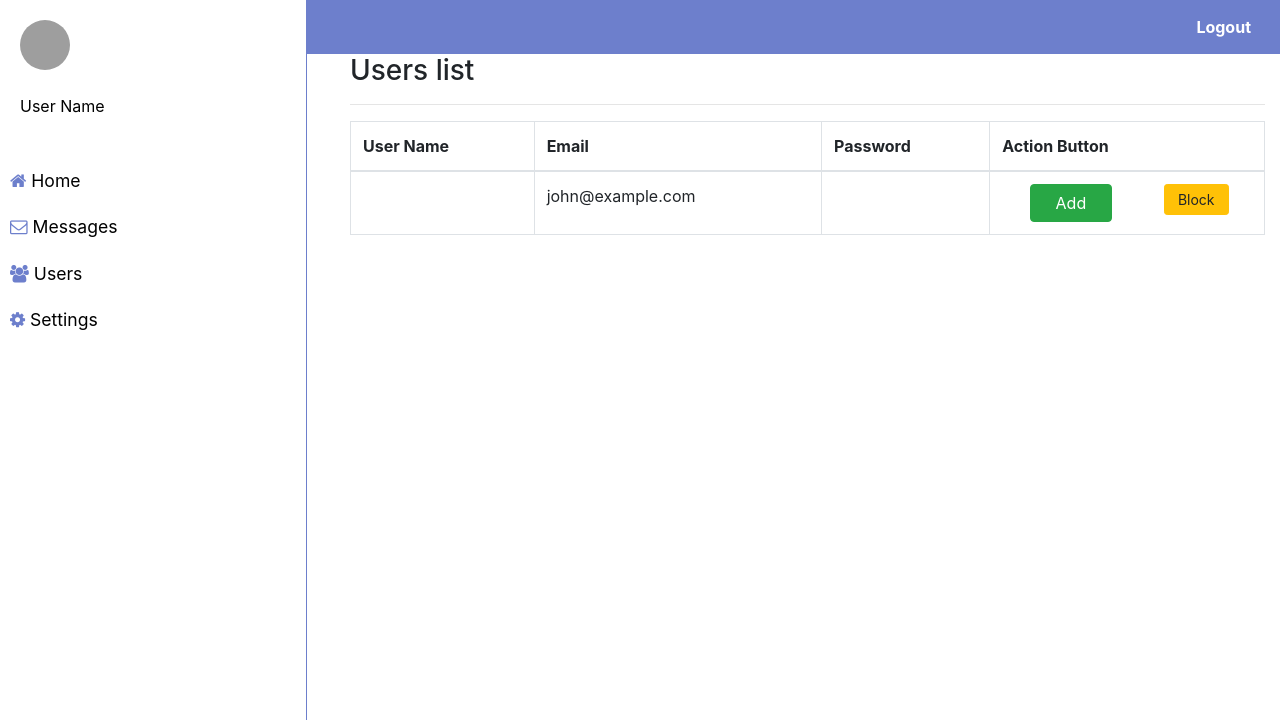
Repository: Evelyn-kate/chatapp-frontend-backend
Page: /users (app in my-app/)
The author's editor kept a copy of each file at every save. The page is drawn from the files as they stood at one save, then again after the next save.
The browser window is 1280 px wide. The pictures show the whole page.
Pictures or frames that could not be fetched are drawn as grey boxes. Some web libraries are served in a nearby version. The project was rebuilt for these pictures with package versions that can differ from the ones it lists, and the page was loaded fresh each time. Also part of the build but not shown: my-app/src/components/WelcomeComponent.jsx, my-app/src/components/LoginComponent.jsx, my-app/src/components/WelcomedComponent.jsx, my-app/src/components/SettingsComponent.jsx, my-app/src/components/MessageComponent.jsx, my-app/src/components/AddComponent.jsx.

Above is the page before, as saved 2020-11-13 15:05:12.

### my-app/public/index.html
<!DOCTYPE html>
<html lang="en">

<head>
    <meta charset="utf-8" />
    <link rel="icon" href="%PUBLIC_URL%/favicon.ico" />
    <link rel="stylesheet" href="https://stackpath.bootstrapcdn.com/bootstrap/4.4.1/css/bootstrap.min.css" integrity="sha384-Vkoo8x4CGsO3+Hhxv8T/Q5PaXtkKtu6ug5TOeNV6gBiFeWPGFN9MuhOf23Q9Ifjh" crossOrigin="anonymous">
    <meta name="viewport" content="width=device-width, initial-scale=1" />
    <meta name="theme-color" content="#000000" />
    <meta name="description" content="Web site created using create-react-app" />
    <link rel="apple-touch-icon" href="%PUBLIC_URL%/logo192.png" />
    <link rel="stylesheet" href="https://cdnjs.cloudflare.com/ajax/libs/font-awesome/4.7.0/css/font-awesome.min.css" />

    <!--
      manifest.json provides metadata used when your web app is installed on a
      user's mobile device or desktop. See https://developers.google.com/web/fundamentals/web-app-manifest/
    -->
    <link rel="manifest" href="%PUBLIC_URL%/manifest.json" />
    <!--
      Notice the use of %PUBLIC_URL% in the tags above.
      It will be replaced with the URL of the `public` folder during the build.
      Only files inside the `public` folder can be referenced from the HTML.

      Unlike "/favicon.ico" or "favicon.ico", "%PUBLIC_URL%/favicon.ico" will
      work correctly both with client-side routing and a non-root public URL.
      Learn how to configure a non-root public URL by running `npm run build`.
    -->
    <title>React App</title>
</head>

<body>
    <noscript>You need to enable JavaScript to run this app.</noscript>

    <script src="https://code.jquery.com/jquery-3.4.1.slim.min.js" integrity="sha384-J6qa4849blE2+poT4WnyKhv5vZF5SrPo0iEjwBvKU7imGFAV0wwj1yYfoRSJoZ+n" crossOrigin="anonymous"></script>
    <script src="https://cdn.jsdelivr.net/npm/popper.js@1.16.0/dist/umd/popper.min.js" integrity="sha384-Q6E9RHvbIyZFJoft+2mJbHaEWldlvI9IOYy5n3zV9zzTtmI3UksdQRVvoxMfooAo" crossOrigin="anonymous"></script>
    <script src="https://stackpath.bootstrapcdn.com/bootstrap/4.4.1/js/bootstrap.min.js" integrity="sha384-wfSDF2E50Y2D1uUdj0O3uMBJnjuUD4Ih7YwaYd1iqfktj0Uod8GCExl3Og8ifwB6" crossOrigin="anonymous"></script>
    <!-- <script src="https://facebook.github.io/react/js/jsfiddle-integration-babel.js"></script> -->
    <script src="https://ajax.googleapis.com/ajax/libs/jquery/1.11.1/jquery.min.js"></script>
    <script src="https://unpkg.com/axios/dist/axios.min.js"></script>

    <div id="root"></div>
    <!--
      This HTML file is a template.
      If you open it directly in the browser, you will see an empty page.

      You can add webfonts, meta tags, or analytics to this file.
      The build step will place the bundled scripts into the <body> tag.

      To begin the development, run `npm start` or `yarn start`.
      To create a production bundle, use `npm run build` or `yarn build`.
    -->
</body>

</html>

### my-app/src/index.js
import React from 'react';
import ReactDOM from 'react-dom';
import IndexComponent from './components/IndexComponent.jsx';
import './index.css';
import 'bootstrap/dist/css/bootstrap.min.css';
import './Login.scss';



ReactDOM.render( <
    IndexComponent / > ,
    document.getElementById('root')
);

### my-app/src/components/IndexComponent.jsx
import React from 'react';

import { BrowserRouter, Switch, Route } from 'react-router-dom';

import WelcomeComponent from './WelcomeComponent';

import LoginComponent from './LoginComponent';
import WelcomedComponent from './WelcomedComponent';
import UserComponent from './UserComponent';
import SettingsComponent from './SettingsComponent';
import MessageComponent from './MessageComponent';
import AddComponent from './AddComponent';


class IndexComponent extends React.Component {
    render() {
        return (
            <BrowserRouter>
                <Switch>
                    <Route exact path="/" component={LoginComponent} />
                    <Route path="/welcome/username" component={WelcomeComponent} />
                    <Route exact path="/logout" component={LoginComponent} />
                    <Route exact path="/welcome/admin" component={WelcomedComponent} />
                    <Route exact path="/users" component={UserComponent} />
                    <Route exact path="/users/add" component={AddComponent} />
                    <Route exact path="/settings" component={SettingsComponent} />
                    <Route exact path="/messages" component={MessageComponent} />
                </Switch>
            </BrowserRouter>
        );
    }
}
export default IndexComponent;

### my-app/src/Login.scss
/* styling the login page*/


/* form {
    border: 3px solid #7c84ec;
    position: absolute;
    background: blue;
} */

.form-login {
    background-color: #318CE7;
    border: 3px solid #7c84ec;
    position: absolute;
}

.box-login {
    padding-top: 50px;
}

button {
    background-color: #dbf113;
    color: white;
    padding: 14px 20px;
    margin: 8px 0;
    border: none;
    cursor: pointer;
    width: 75%;
    float: right;
}

button:hover {
    opacity: 0.8;
}

button.logout {
    width: initial;
    color: #fff
}

// css avatar
.avatar {
    vertical-align: middle;
    width: 50px;
    height: 50px;
    border-radius: 50%;
}

span.psw {
    float: left;
    //padding-top: 16px;
}

.btn btn-outline-success my-2 my-sm-0 {
    width: 40%;
    padding-block: 80px;
}

// Welcome style
.main-text {
    display: flex;
    min-height: 80vh;
    align-items: center;
    justify-content: center;
}


/*my style sidebar start*/

.wrapper {
    display: flex;
    width: 100%;
    align-items: stretch;
    overflow-x: hidden;
    overflow-y: auto;
}

a[data-toggle="collapse"] {
    position: relative;
}

.dropdown-toggle::after {
    display: block;
    position: absolute;
    top: 50%;
    right: 20px;
    transform: translateY(-50%);
}

@media (max-width: 700px) {
    #sidebar {
        margin-left: -250px;
    }
    #sidebar.active {
        margin-left: 0;
    }
}


/*
    ADDITIONAL DEMO STYLE, NOT IMPORTANT TO MAKE THINGS WORK BUT TO MAKE IT A BIT NICER :)
*/

///@import "https://fonts.googleapis.com/css?family=Poppins:300,400,500,600,700";
body {
    font-family: 'Poppins', sans-serif;
    background: #fafafa;
    overflow: scroll;
}

p {
    font-family: 'Poppins', sans-serif;
    font-size: 1.1em;
    font-weight: 300;
    line-height: 1.7em;
    color: #000;
}

a,
a:hover,
a:focus {
    color: inherit;
    text-decoration: none;
    transition: all 0.3s;
}

#sidebar {
    /* don't forget to add all the previously mentioned styles here too */
    background: #fff;
    color: #000;
    transition: all 0.3s;
    height: 100%;
    width: 24%;
    position: fixed;
    //min-height: 1000px;
    z-index: 999;
    overflow: auto;
    top: 0;
    bottom: 0px;
    left: 0;
    border-right: 1px solid #6d7fcc;
}

#sidebar .sidebar-header {
    padding: 20px;
    background: #fff;
}

#sidebar ul.components {
    padding: 20px 0;
    //  border-bottom: 1px solid #47748b;
}

#sidebar ul p {
    color: #fff;
    padding: 10px;
}

#sidebar ul li a {
    padding: 10px;
    font-size: 1.1em;
    display: block;
    text-decoration: none;
    color: #000;
}

#sidebar ul li a:hover {
    color: #000;
    background: #cecece;
}

#sidebar ul li.active>a,
a[aria-expanded="true"] {
    color: #000;
    background: #cecece;
}

ul ul a {
    font-size: 0.9em !important;
    padding-left: 30px !important;
    background: #fff;
}


/*my style sidebar end*/

.navbarr {
    background-color: #6d7fcc;
    padding-left: 0%;
}

.navbardiv {
    margin-left: -30px;
}

.fa {
    color: #6d7fcc;
}


/* Add media queries for small screens (when the height of the screen is less than 450px, add a smaller padding and font-size) */


/* @media screen and (max-height: 450px) {
    .sidebar {
        padding-top: 15px;
    }
    .sidebar a {
        font-size: 18px;
    }
}
 */


/*message start style*/

.container1 {
    border: 2px solid #dedede;
    background-color: #fff;
    border-radius: 5px;
    padding: 10px;
    margin: 10px 10px 10px 10px;
}


/* Darker chat container */

.darker {
    border-color: #ccc;
    background-color: #ddd;
}


/* Clear floats */

.container1::after {
    content: "";
    clear: both;
    display: table;
}


/* Style time text */

.time-right {
    float: right;
    color: #aaa;
}


/* Style time text */

.time-left {
    float: left;
    color: #999;
}

.publisher {
    position: relative;
    display: -webkit-box;
    display: flex;
    -webkit-box-align: center;
    align-items: center;
    padding: 12px 20px;
    background-color: #f9fafb
}

.publisher>*:first-child {
    margin-left: 0
}

.publisher>* {
    margin: 0 8px
}

.publisher-input {
    -webkit-box-flex: 1;
    flex-grow: 1;
    border: none;
    outline: none !important;
    background-color: transparent
}

.publisher-btn {
    background-color: transparent;
    border: none;
    color: #8b95a5;
    font-size: 16px;
    cursor: pointer;
    overflow: -moz-hidden-unscrollable;
    -webkit-transition: .2s linear;
    transition: .2s linear
}

.file-group input[type="file"] {
    position: absolute;
    opacity: 0;
    z-index: -1;
    width: 20px
}

.text-info {
    color: #48b0f7;
}


/* Style message avatar */

.container1 img {
    float: left;
    max-width: 60px;
    width: 100%;
    margin-right: 20px;
    border-radius: 50%;
}


/* Style the right image */

.container1 img.right {
    float: right;
    margin-left: 20px;
    margin-right: 0;
}


/*message styles end*/

@import "~bootstrap/scss/bootstrap";

### my-app/src/components/UserComponent.jsx
import React from 'react';
import NavComponent from './NavComponent';
import SideComponent from './SideComponent';



class UserComponent extends React.Component {
    // logout() {
    //     this.props.history.push('/logout');
    // }
    render() {
        const { username } = this.props.match.params;
        console.log(username);
        return (
            <div>

                <div className="container-fluid">
                    <div className="row">
                        {/* <!-- The sidebar --> */}
                        <div className="col-3">
                            <div>
                                <SideComponent />
                            </div>
                        </div>

                        <div className="col-9 pr-0">
                            {/*navbar component*/}
                            <NavComponent history={this.props.history} />


                            <div className="container">
                                <div className="panel panel-info">
                                    <div className="panel-heading">
                                        <h3> Users list</h3>
                                        <hr />
                                    </div>

                                    <div className="panel-body">


                                        <table className="table table-bordered" id="example">
                                            <thead>
                                                <tr>
                                                    <th>User Name</th>
                                                    <th>Email</th>
                                                    <th>Password</th>
                                                    <th>Action Button</th>
                                                </tr>
                                            </thead>
                                            <tbody>
                                                <tr>
                                                    <td></td>
                                                    <td>john@example.com</td>
                                                    <td></td>
                                                    <td>
                                                        <div className="row">
                                                            <div className="col-6">
                                                                <button className="btn btn-success">Add<a href="/users/add"></a></button>
                                                            </div>
                                                            <div className="col-5">
                                                                <button className="btn btn-sm btn-warning">Block</button>
                                                            </div>
                                                        </div>
                                                    </td>
                                                </tr>

                                            </tbody>
                                        </table>

                                    </div>
                                </div>
                            </div>

                        </div>

                    </div>
                </div>
            </div>
        );
    }
}

export default UserComponent;

### my-app/src/components/NavComponent.jsx
import React from 'react';

class NavComponent extends React.Component{
    logout = () => {
        this.props.history.push('/logout');
    }
    render () {
        return (
            <div className="navbardiv">
                <nav className="navbar navbarr justify-content-end navbar-expand-lg">
                    <button className="btn btn-default logout" type="submit" onClick={this.logout}> <b>Logout</b></button>
                </nav>
            </div>
        );

    }
}
export default NavComponent;

### my-app/src/components/SideComponent.jsx
import React from 'react';

class SideComponent extends React.Component {
    render() {
        return (
            /*             <div class="sidebar">
                        <img src="/images/User_Avatar_2.png" alt="Avatar" className="avatar"/>
                        <h1>Username</h1>
                        <h4>User@worldvoice.eu</h4>
                        <a href="#home"><i className="fa fa-fw fa-envelope"></i>Messages</a>
                        <a href="#clients"><i className="fa fa-fw fa-user"></i> Users</a>
                        <a href="#contact"><i className="fa fa-fw fa-cog"></i>Settings</a>
                     </div>*/


            <nav id="sidebar">
                <div className="sidebar-header">
                    <div>
                        <img src="images/User.jpg" alt="Avatar" className="avatar" />
                    </div>
                    <br />
                    <span>User Name</span>

                </div>

                <ul className="list-unstyled components">
                    <li>

                        <a href=" http://localhost:3000/welcome/username">
                            <i className="fa fa-home" aria-hidden="true"></i>     Home
                         </a>
                    </li>

                    <li>

                        <a href=" http://localhost:3000/messages">
                            <i className="fa fa-envelope-o" aria-hidden="true"></i>     Messages
                </a>
                    </li>

                    <li>
                        <a href=" http://localhost:3000/users"><i className="fa fa-users" aria-hidden="true"></i>     Users</a>
                    </li>
                    <li>
                        <a href=" http://localhost:3000/settings"><i className="fa fa-cog" aria-hidden="true"></i>     Settings</a>
                    </li>
                </ul>
            </nav>




        );


    }

}
export default SideComponent;

Loaded but not shown: my-app/src/index.css (common file)

After the next save:
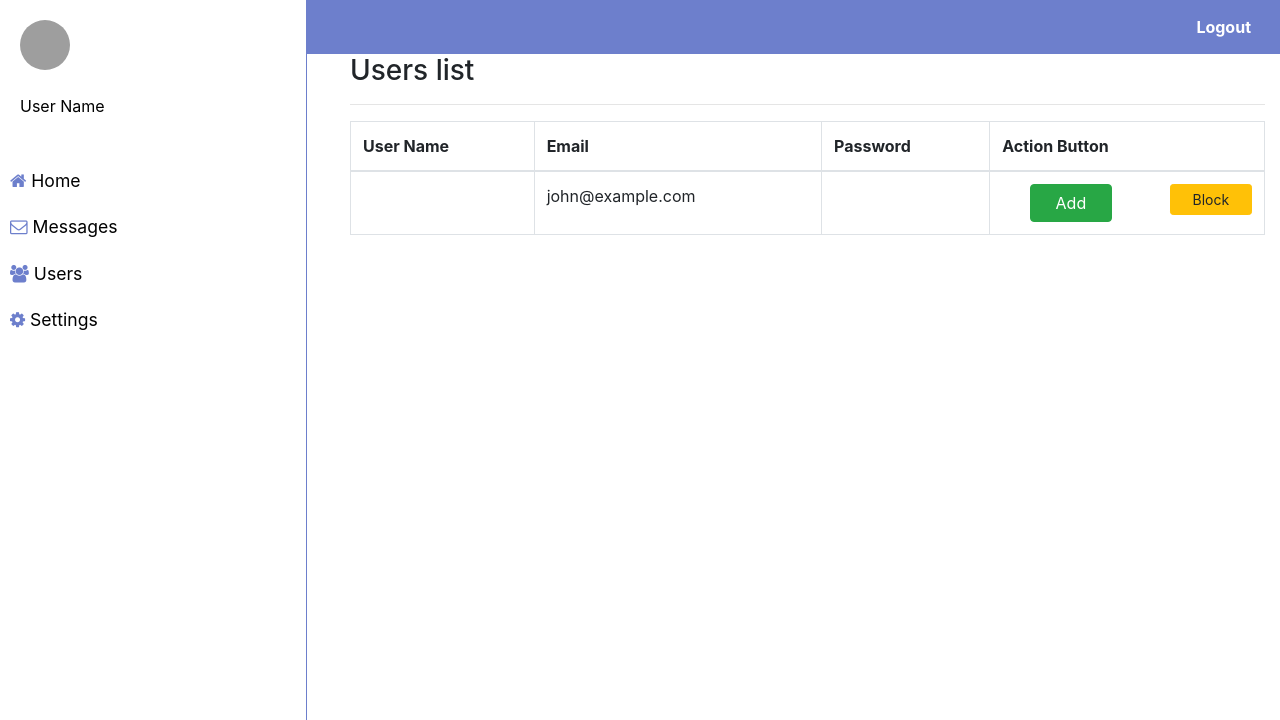
Saved 12 s later.
--- a/my-app/src/components/UserComponent.jsx
+++ b/my-app/src/components/UserComponent.jsx
@@ -57,7 +57,7 @@ class UserComponent extends React.Component {
                                                             <div className="col-6">
                                                                 <button className="btn btn-success">Add<a href="/users/add"></a></button>
                                                             </div>
-                                                            <div className="col-5">
+                                                            <div className="col-6">
                                                                 <button className="btn btn-sm btn-warning">Block</button>
                                                             </div>
                                                         </div>
